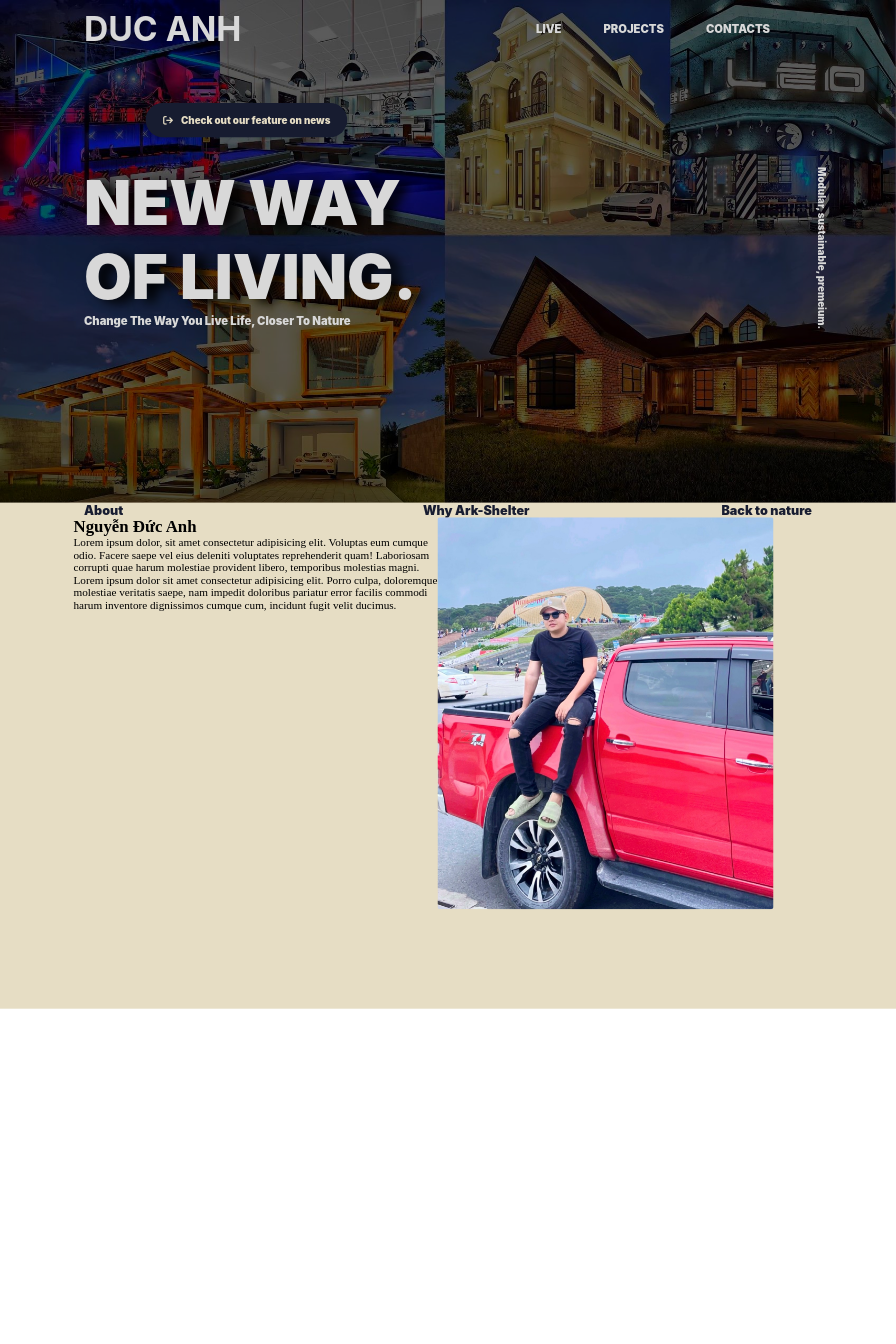
Repository: Ethanxcode/DucAnhNguyen
Page: index.html
These files come from the project's save history. The page is drawn as it stood at one moment and after the next save; the edit follows.
The browser window is 1280 px wide. The pictures show the part of the page from y = 0 to 1920 px (the page is 10000 px tall), at 70% of full size.

Above is the page before, as saved 2023-01-14 01:53:36.

### index.html
<!DOCTYPE html>
<html lang="en">
	<head>
		<meta charset="UTF-8" />
		<meta http-equiv="X-UA-Compatible" content="IE=edge" />
		<meta name="viewport" content="width=device-width, initial-scale=1.0" />
		<link rel="stylesheet" href="./style.css" />
		<link
			rel="stylesheet"
			href="https://cdnjs.cloudflare.com/ajax/libs/font-awesome/6.2.1/css/all.min.css"
		/>
		<!-- <link rel="stylesheet" type="text/css" href="/css/fonts.css" /> -->
		<title>DucAnhNguyen</title>
	</head>
	<body>
		<div id="root">
			<section class="container bgimage header">
				<div
					class="bg-image-holder"
					style="
						background-image: url(./Assets/241194850_2108411145980762_7904081432669109629_n.jpg);
					"
				></div>
				<nav class="navigation content-above">
					<ul class="headerMenu">
						<li>
							<a href=""><h2 class="textLogo">Duc Anh</h2></a>
						</li>
						<li class="subHeaderMenu">
							<ul>
								<li>
									<a href="#" class="inter-black-iron-16px">Live</a>
								</li>
								<li>
									<a href="#" class="inter-black-iron-16px">Projects</a>
								</li>
								<li>
									<a href="#" class="inter-black-iron-16px">Contacts</a>
								</li>
							</ul>
						</li>
					</ul>
				</nav>
				<nav class="heroSubNavigation">
					<button class="btn inter-black-almod-16px" style="margin-left: 88px">
						<i class="icon-margin-8px fa-solid fa-arrow-right-from-bracket"></i>
						Check out our feature on news
					</button>
					<h1 class="heroTitle">
						New way <br />
						of living.
					</h1>
					<p class="inter-black-iron-16px" style="text-transform: capitalize">
						change the way you live life, closer to nature
					</p>
					<p class="childrenSubNav">Modular, sustainable, premeium.</p>
				</nav>
			</section>

			<section class="AboutSection container content-above">
				<header class="HeaderSection">
					<ul class="HeaderSectionMenu">
						<li>
							<h4 class="inter-black-eerie-black-18px">About</h4>
						</li>
						<ul class="subSectionMenu">
							<li>
								<h4 class="inter-black-eerie-black-18px">Why Ark-Shelter</h4>
							</li>
							<li>
								<h4 class="inter-black-eerie-black-18px">Back to nature</h4>
							</li>
						</ul>
					</ul>
				</header>
				<div class="row content">
					<div class="col-half">
						<h1>Nguyễn Đức Anh</h1>
						<p>
							Lorem ipsum dolor, sit amet consectetur adipisicing elit. Voluptas
							eum cumque odio. Facere saepe vel eius deleniti voluptates
							reprehenderit quam! Laboriosam corrupti quae harum molestiae
							provident libero, temporibus molestias magni. Lorem ipsum dolor
							sit amet consectetur adipisicing elit. Porro culpa, doloremque
							molestiae veritatis saepe, nam impedit doloribus pariatur error
							facilis commodi harum inventore dignissimos cumque cum, incidunt
							fugit velit ducimus.
						</p>
					</div>
					<div class="col-half">
						<img
							src="./Assets/P1.jpg"
							alt=""
							style="
								height: 560px;
								width: 480px;
								object-fit: cover;
								border-radius: 4px;
							"
						/>
					</div>
				</div>
			</section>
		</div>
	</body>
</html>

### style.css
* {
	padding: 0;
	margin: 0;
	box-sizing: border-box;
}

html {
	height: 10000px;
}

:root {
	--custom-color-one: rgb(32, 45, 99, 01);
	--custom-color-two: rgb(232, 198, 113);
	--black: rgba(0, 0, 0, 1);
	--mirage: rgba(23, 28, 48, 1);
	--eerie-black: rgba(24, 29, 49, 1);
	--tundora-2: rgba(67, 66, 66, 0.8);
	--tundora: rgba(67, 66, 66, 0.8);
	--pablo: rgba(120, 113, 108, 1);
	--iron: rgba(216, 216, 216, 1);
	--almod: rgba(230, 221, 196, 1);

	--font-size-xxs: 16px;
	--font-size-xs: 22px;
	--font-size-s: 24px;
	--font-size-m: 28px;
	--font-size-l: 32px;
	--font-size-xl: 36px;
	--font-size-xxl: 48px;
	--font-size-xxxl: 128px;

	--font-family-inter: 'Inter';
	--font-family-roboto: 'Roboto';
}

.root {
	max-width: 1920px;
	max-height: 10000px;
}

.col {
	float: left;
	padding-left: 8px;
	padding-right: 8px;
}

.col-third {
	width: 33.33333%;
}

.col-half {
	width: 50%;
}

.col-full {
	width: 100%;
}

.col-sm-12 {
	position: relative;
	width: 100%;
	padding-right: 15px;
	padding-left: 15px;
}

.mt-8 {
	margin-top: 8px;
}

.mt-16 {
	margin-top: 16px;
}

.mt-32 {
	margin-top: 32px;
}

.row {
	display: flex;
	flex-wrap: wrap;
	width: 100%;
	margin-right: -15px;
	margin-left: -15px;
}

.first-sub-row {
	width: 100%;
	/* padding: 0 15px; */
	margin: 0 auto;
	flex: wrap;
	display: flex;
}

.second-sub-row {
	width: 100% !important;
	/* padding: 0 15px; */
	margin: 0 auto;
	justify-content: space-between;
}

/* Classes */
.inter-black-iron-16px {
	color: var(--iron);
	font-family: var(--font-family-inter);
	font-size: var(--font-size-xxs);
	font-weight: 900;
	font-style: normal;
	text-transform: uppercase;
	user-select: none;
}

.inter-black-iron-24px {
	color: var(--iron);
	font-family: var(--font-family-inter);
	font-size: var(--font-size-s);
	font-weight: 900;
	font-style: normal;
	user-select: none;
}

.inter-black-eerie-black-24px {
	color: var(--eerie-black);
	font-family: var(--font-family-inter);
	font-size: var(--font-size-s);
	font-weight: 900;
	font-style: normal;
}
.inter-black-eerie-black-18px {
	color: var(--eerie-black);
	font-family: var(--font-family-inter);
	font-size: 18px;
	font-weight: 900;
	font-style: normal;
}

.inter-black-eerie-black-16px {
	color: var(--eerie-black);
	font-family: var(--font-family-inter);
	font-size: 16px;
	font-weight: 900;
	font-style: normal;
}

.inter-medium-black-24px {
	color: var(--black);
	font-family: var(--font-family-inter);
	font-size: var(--font-size-s);
	font-weight: 500;
	font-style: normal;
}

.inter-medium-black-32px {
	color: var(--black);
	font-family: var(--font-family-inter);
	font-size: var(--font-size-l);
	font-weight: 500;
	font-style: normal;
}

.inter-medium-tundora-28px {
	color: var(--tundora);
	font-family: var(--font-family-roboto);
	font-size: var(--font-size-m);
	font-weight: 500;
	font-style: normal;
}

.inter-medium-tundora-28px-2 {
	color: var(--tundora-2);
	font-family: var(--font-family-inter);
	font-size: var(--font-size-m);
	font-weight: 500;
	font-style: normal;
}

.inter-medium-tundora-28px-2 {
	color: var(--tundora);
	font-family: var(--font-family-inter);
	font-size: var(--font-size-m);
	font-weight: 500;
	font-style: normal;
}

.btn {
	text-decoration: none;
	padding: 16px 24px;
	margin: 0;
	background-color: var(--mirage);
	color: var(--almod);
	font-weight: 500;
	display: inline-block;
	box-shadow: 0 4px 30px rgb(0 0 0 / 10%);
	transition: 0.3s ease;
	border: none;
	/* position: relative; */
	text-align: center;
	border-radius: 100px;
	font-family: var(--font-family-inter);
	font-size: 14px;
	font-weight: 900;
	font-style: normal;
}
.icon-margin-8px {
	margin-right: 8px;
}
.btn:hover {
	background-color: rgba(11, 16, 41, 0.85);
	color: rgb(233, 200, 117);
	cursor: pointer;
}

.btn:hover:before {
	opacity: 0.07;
	visibility: visible;
}

.btn:hover {
	/* color: #212529; */
	text-decoration: none;
}

.btn--xs {
	line-height: 42px;
	padding: 0 19px;
	font-size: 15px;
	margin: 0px 8px;
}

.btn--news-xs {
	line-height: 36px;
	padding: 6px 20px;
	font-size: 15px;
}

.btn--news-xs > a {
	line-height: 36px;
	/* padding: 4px 16px; */
	font-size: 20px;
	color: #fff;
	font-weight: 400;
}

.news-btn {
	margin-top: 16px;
}

.btn-form--xs {
	line-height: 36px;
	padding: 0 19px;
	font-size: 15px;
}

.btn--lg,
.btn-lg {
	line-height: 55px;
	font-size: 16px;
	min-width: 195px;
}

.heroTitle {
	color: var(--iron);
	font-family: var(--font-family-inter);
	font-size: 88px;
	font-weight: 900;
	letter-spacing: 0;
	line-height: normal;
	margin-top: 40px;
	min-height: 150px;
	text-transform: uppercase;
	/* width: 752px; */
	text-shadow: 14px 4px 16px #000;
	user-select: none;
}

.textLogo {
	text-transform: uppercase;
	color: var(--iron);
	font-family: var(--font-family-inter);
	font-size: var(--font-size-xxl);
	font-weight: 900px;
	letter-spacing: 0;
	line-height: normal;
	/* min-height: 94px; */
	/* min-width: 334px; */
	user-select: none;
}

.container {
	width: 100%;
	padding-right: 120px;
	padding-left: 120px;
	margin-right: auto;
	margin-left: auto;
}

.content-above {
	position: relative;
	z-index: 2;
	user-select: none;
}

.bg-image-holder {
	position: absolute;
	height: 100%;
	width: 100%;
	top: 0;
	left: 0;
	background-size: cover;
	/* background-position: 50% 50% !important; */
	z-index: 0;
	filter: brightness(36%) contrast(100%) saturate(180%);
	box-shadow: inset 0px -36px 100px rgba(0, 0, 0, 0.25);
	-webkit-backdrop-filter: brightness(36%) contrast(100%) saturate(180%);
	/* scale: (5px); */
	/* -webkit-transition: opacity 0.3s linear; */
}

.navigation {
	margin-bottom: 64px;
}

.heroSubNavigation {
	width: 100%;
	position: relative;
}

/* .navigation .subNavigation {
	display: table;
	vertical-align: middle;
	text-align: center;
	width: 100%;
	height: 100%;
} */

.childrenSubNav {
	color: var(--iron);
	font-family: var(--font-family-inter);
	font-size: 14px;
	font-weight: 900;
	position: absolute;
	/* margin-bottom: 61px; */
	margin-right: -130px;
	/* min-height: 27px; */
	/* min-width: 360px; */
	transform: rotate(90deg);
	/* position: relative; */
	right: 0;
	top: 62%;
}

.hero-area .hero-content .content-wrapper {
	display: table-cell;
	vertical-align: middle;
}

.headerMenu {
	align-items: center;
	display: flex;
	justify-content: space-between;
}

.headerMenu > li {
	display: inline-block;
	/* padding: 12px 0; */
	/* margin-right: 30px; */
	list-style: none;
}

a {
	text-decoration: none;
}

li {
	list-style: none;
}

.subHeaderMenu > ul {
	flex-direction: row;
	display: flex;
}

.subHeaderMenu > ul > li {
	list-style: none;
	line-height: 34px;
	margin-right: 60px;
	padding: 24px 0;
}

subHeaderMenu > ul > li > a {
	/* gap: 0.5em; */
	text-decoration: none;
}

.subHeaderMenu > ul > li > a:hover {
	cursor: pointer;
	gap: 0.5em;
	color: var(--pablo);
	/* background-color: #fffd; */
	/* backdrop-filter: blur(10px) saturate(160%) contrast(180%); */
}

.header {
	height: 678px;
}

.AboutSection {
	background-color: var(--almod);
	height: 723px;
	/* position: relative; */
	width: 100%;
}

.section-margin-top {
	margin-top: 220px;
}

.bgimage:before {
	z-index: 1;
}

.AboutSection {
	/* display: flex; */
	/* width: 100%; */
}

.HeaderSection {
}

.HeaderSectionMenu {
	margin-top: 40px;
	align-items: center;
	display: flex;
	justify-content: space-between;
}

.subSectionMenu {
	align-items: center;
	display: flex;

	justify-content: space-around;
}
.subSectionMenu > li:first-child {
	margin-right: 274px;
}

.HeaderSectionMenu > li {
}

After the next save:
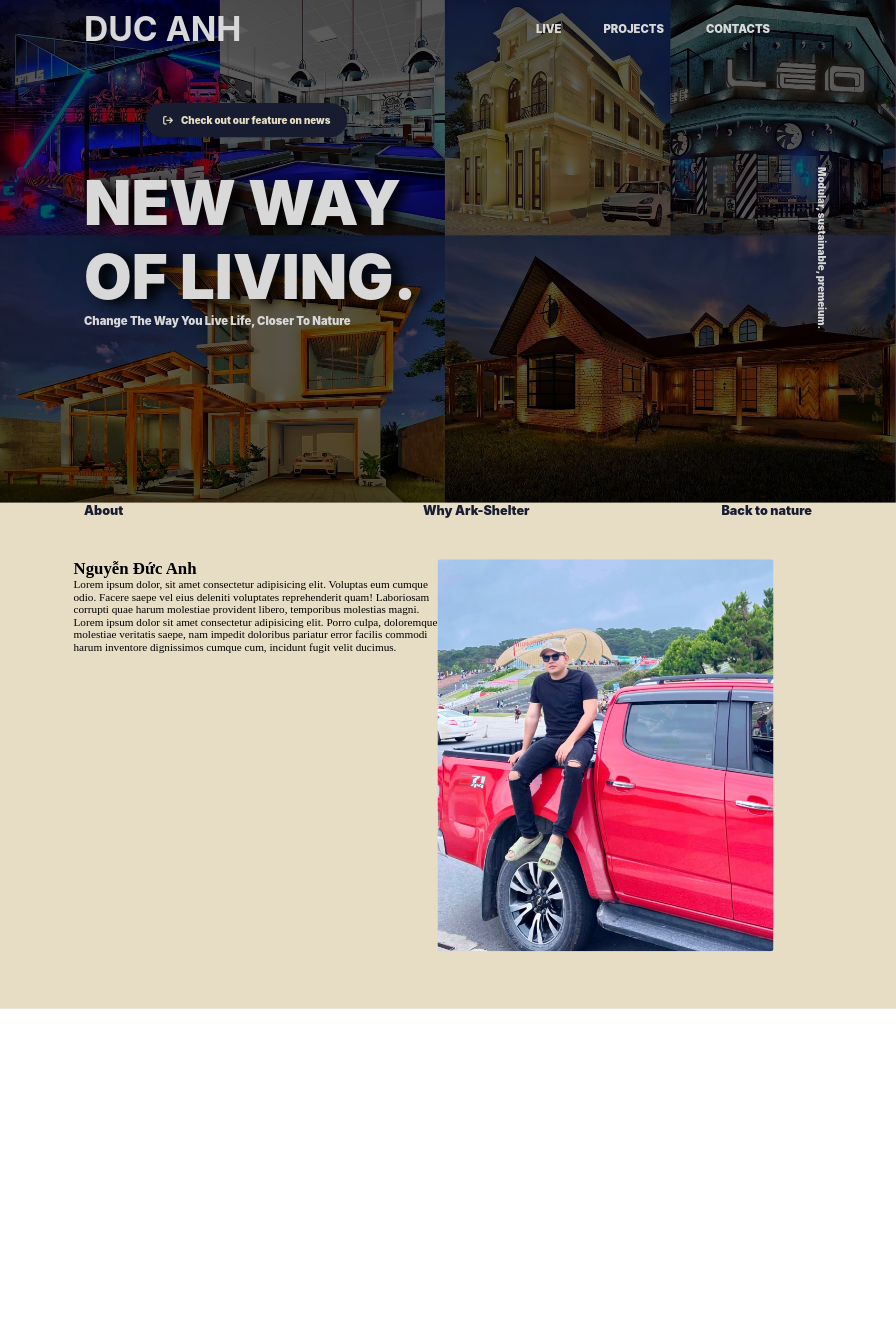
Saved 35 s later.
--- a/index.html
+++ b/index.html
@@ -73,7 +73,7 @@
 						</ul>
 					</ul>
 				</header>
-				<div class="row content">
+				<div class="row Aboutcontent">
 					<div class="col-half">
 						<h1>Nguyễn Đức Anh</h1>
 						<p>
--- a/style.css
+++ b/style.css
@@ -445,3 +445,7 @@ subHeaderMenu > ul > li > a {
 
 .HeaderSectionMenu > li {
 }
+
+.Aboutcontent {
+	margin-top: 60px;
+}
